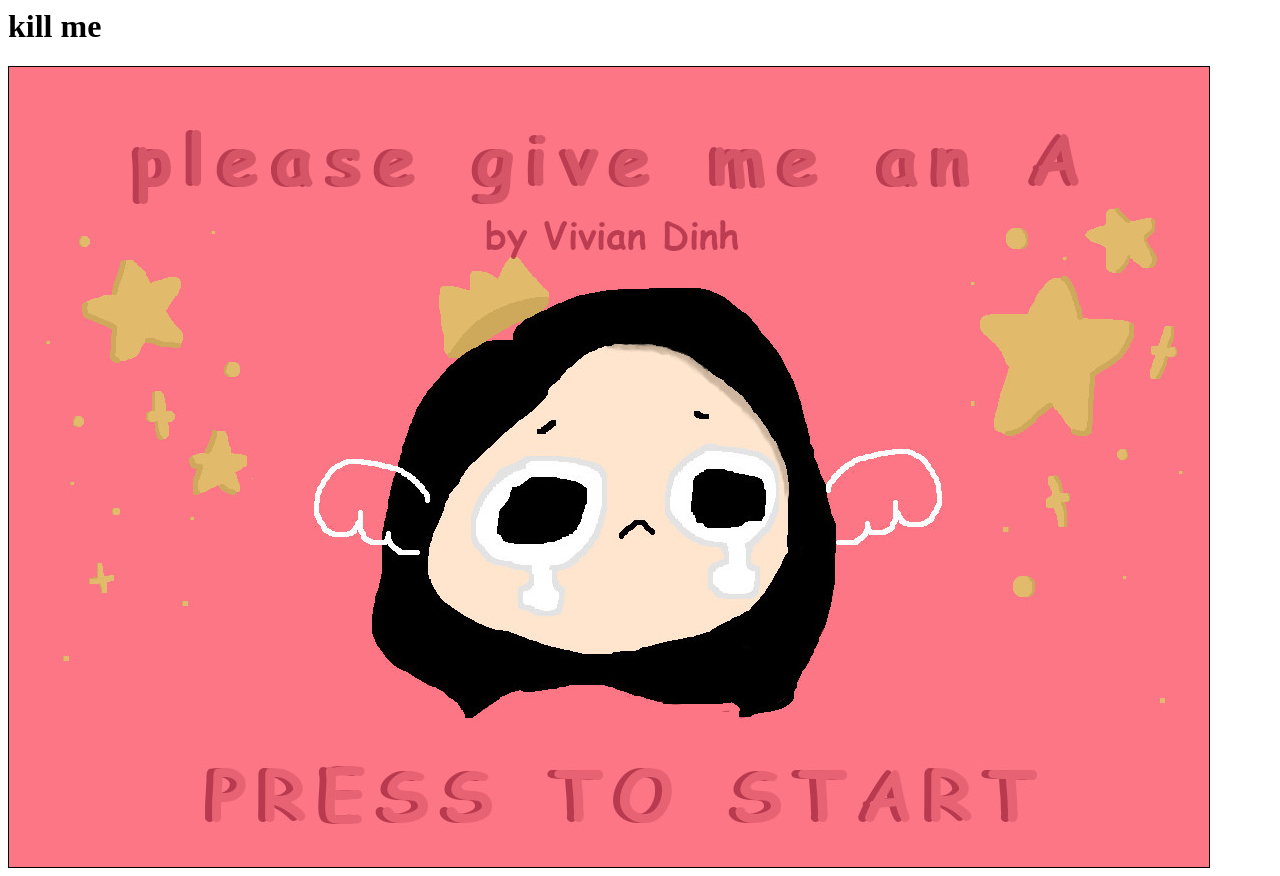
Repository: VivianVDinh/VivianVDinh.github.io
Page: flappyBird.html
The author's editor kept a record of every edit. The page is drawn from the files as they stood at one moment, then again after the next edit.
The browser window is 1280 px wide. The pictures show the whole page.
Some web fonts or font styles are not loaded; a fallback is used.

Above is the page before.

After the next edit:
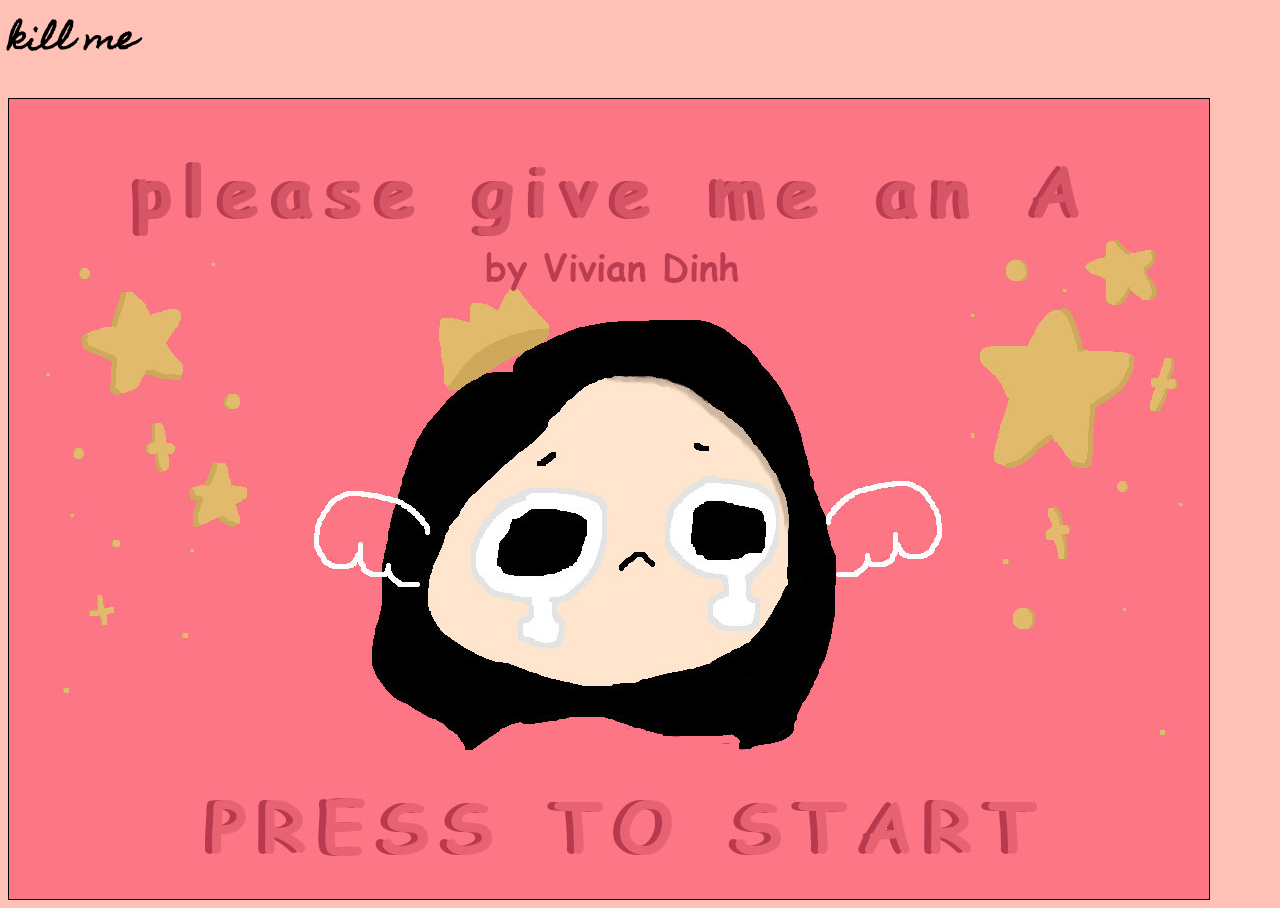
The edit:
--- a/flappyBird.html
+++ b/flappyBird.html
@@ -3,6 +3,18 @@
     <meta http-equiv="Content-Type" content="text/html; charset=UTF-8" />
     <title>Processing Demo</title>
     <script type="text/javascript" src="js/processing.js"></script>
+    <link rel="icon" type ="image/png" href="https://lh4.ggpht.com/zC_Ge7TX2z_cyJcpQcwqYmWu2tgpJdlIHCR-p7dPE6qDH8xUvxMw9S6bdygSC_D6YNk=h300">
+        <title>ᕕ( ᐛ )ᕗ</title>
+        <link href="https://fonts.googleapis.com/css?family=Mrs+Sheppards&display=swap" rel="stylesheet">
+        <link href="https://fonts.googleapis.com/css?family=Quicksand&display=swap" rel="stylesheet">
+        <link href="https://fonts.googleapis.com/css?family=Homemade+Apple&display=swap" rel="stylesheet">
+        <link rel="stylesheet" type="text/css" href="style.css">
+        <style type="text/css">
+            A:link { COLOR: white; TEXT-DECORATION: none; font-weight: normal }
+            A:visited { COLOR:white; TEXT-DECORATION: none; font-weight: 100 }
+            A:active { COLOR: white; TEXT-DECORATION: none }
+            A:hover { COLOR:#f0aa9e; TEXT-DECORATION: none; font-weight: 100}
+        </style>
 </head>
 
 <body>
